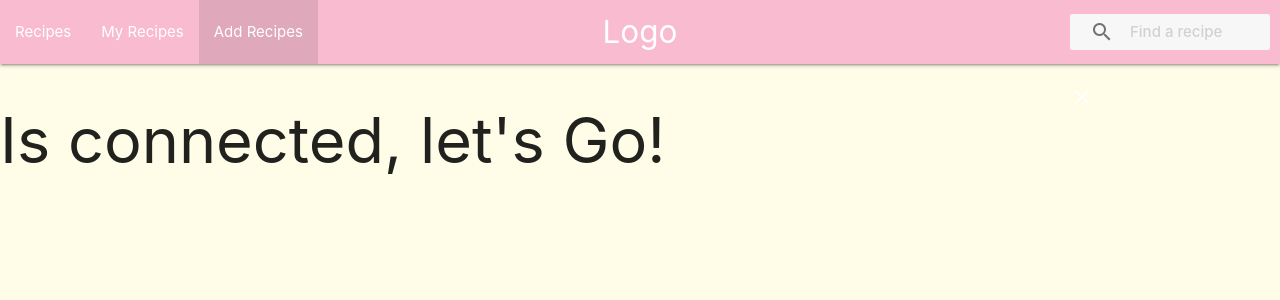
Repository: pazcm/cook-book
Page: http://localhost/
The author's editor kept a record of every edit. The page is drawn from the files as they stood at one moment, then again after the next edit.
The browser window is 1280 px wide. The pictures show the whole page.
Some web libraries are served in a nearby version. The page is served by the project's application, run on Flask 3 (app.py). Queries for data that is not in the repository find no rows.

Above is the page before.

After the next edit:
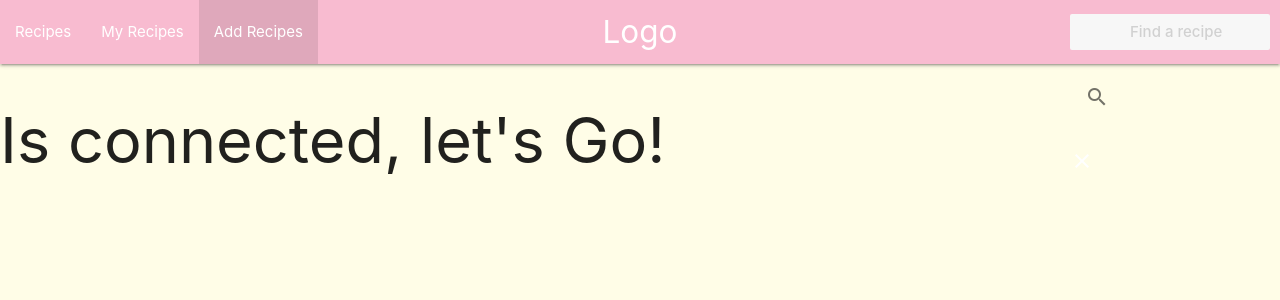
The edit:
--- a/static/css/style.css
+++ b/static/css/style.css
@@ -55,11 +55,6 @@
   width: 200px;
 }
 
+.search-icon {
 
-
-.search-icon {
-  position: absolute;
-  top: 0;
-  padding-left: 20px;
-  color: rgba(0, 0, 0, 0.54);
 }
